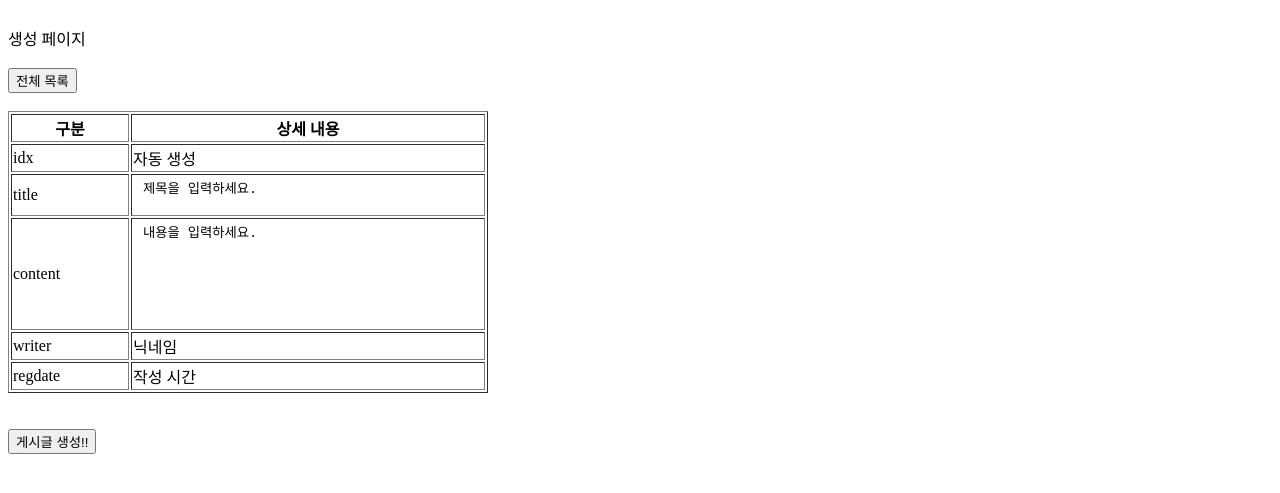
Repository: theptl/so_test
Page: http://localhost/NewTest01/WEB-INF/jsp/createpage.jsp
These files come from the project's save history. The page is drawn as it stood at one moment and after the next save; the edit follows.
The browser window is 1280 px wide. The pictures show the whole page.
The page is served by Tomcat 9. Nobody is signed in. Other server files are loaded and not shown. The template is opened directly, without the code that normally fills it, so the values that code supplies are empty.

Above is the page before, as saved 2022-04-15 07:52:44.

### NewTest01/src/NewTest01/src/main/webapp/WEB-INF/jsp/createpage.jsp
<%@ page language="java" contentType="text/html; charset=UTF-8" pageEncoding="UTF-8"%>
<%@ taglib uri="http://java.sun.com/jsp/jstl/core" prefix="c" %>
<%@ page session="false" %>

<!DOCTYPE html PUBLIC "-//W3C//DTD XHTML 1.0 Strict//EN" "http://www.w3.org/TR/xhtml1/DTD/xhtml1-strict.dtd">

<script src="https://code.jquery.com/jquery-3.6.0.min.js" integrity="sha256-/xUj+3OJU5yExlq6GSYGSHk7tPXikynS7ogEvDej/m4=" crossorigin="anonymous"></script>


<!-- -------------------------------------------------------------------------------------------------------------- -->


<head>
	<meta http-equiv="content-type" content="text/html; charset=UTF-8">
	<meta name="viewport" content="width=device-width, initial-scale=1.0">
	<meta http-equiv="X-UA-Compatible" content="ie=edge">
</head>


<!-- -------------------------------------------------------------------------------------------------------------- -->


<html>

	<body>

		<br/> 생성 페이지 <br/><br/>
		<button> <a onclick="href='/'"> 전체 목록 </a> </button>

		<br/><br/>

		<table id="boardCreateTitle" border="1" width="480">

			<th style="width:25%"> 구분 </th>
			<th style="width:75%"> 상세 내용 </th>

			<tbody id="boardCreate">
				<tr>
					<td> idx </td>
					<td> <text id="input_idx" style="width:99%; border:0; resize:none;"> 자동 생성 </text> </td>
				</tr>
				<tr>
					<td> title </td>
					<td> <textarea id="input_title" style="width:99%; border:0; resize:none;"> 제목을 입력하세요. </textarea> </td>
				</tr>
				<tr>
					<td> content </td>
					<td> <textarea id="input_content" style="width:99%; height:100px; border:0; resize:none;"> 내용을 입력하세요. </textarea> </td>
				</tr>
				<tr>
					<td> writer </td>
					<td> <text id="input_writer" style="width:99%; border:0; resize:none;"> 닉네임 </text> </td>
				</tr>
				<tr>
					<td> regdate </td>
					<td> <text id="input_regdate" style="width:99%; border:0; resize:none;"> 작성 시간 </text> </td>
				</tr>
			</tbody>

		</table>

		<br/><br/>
		<button> <a onclick="inputDataCheck()"> 게시글 생성!! </a> </button>

	</body>


<!-- -------------------------------------------------------------------------------------------------------------- -->


	<script type="text/javascript">


<!-- -------------------------------------------------------------------------------------------------------------- -->


	// 데이터 변경 확인.
	// 변경 데이터 적용.
	function inputDataCheck() {

		if (document.getElementById("input_title").value == detailData.title && document.getElementById("input_content").value == detailData.content){
			alert("변경된 내용이 없습니다.");
			return;

		} else{

			_idx = document.getElementById("input_idx").innerText;
			_title = document.getElementById("input_title").value;
			_content = document.getElementById("input_content").value;
			_regdate = new Date().toISOString().slice(0, 19).replace('T',' ');

			console.log(_regdate);

			$.ajax({
						type: "POST",
						url: "http://localhost:8080/api/modifydetaildata",
						cache: false,
						async: false,
						data: {
							idx : _idx,
							title : _title,
							content : _content,
							regdate : _regdate
						}
			});

			boardModifyRefresh(idx);

			alert("수정한 내용이 적용되었습니다.");

		}



	}


<!-- -------------------------------------------------------------------------------------------------------------- -->


	// 수정 페이지 출력.
	function boardModifyRefresh(_idx) {

		$.ajax({
					type: "GET",
					url: "http://localhost:8080/api/getdetaildata",
					cache: false,
					async: false,
					data: {
						idx : _idx
					},
					success: function (result) {
                        detailData = result;
					}

		});

		document.getElementById("input_idx").innerText = detailData.idx;
		document.getElementById("input_title").value = detailData.title;
		document.getElementById("input_content").value = detailData.content;
		document.getElementById("input_writer").innerText = detailData.writer;
		document.getElementById("input_regdate").innerText = detailData.regdate.replace('T',' ').substring(0, 19);

	}


<!-- -------------------------------------------------------------------------------------------------------------- -->



	</script>

</html>

After the next save:
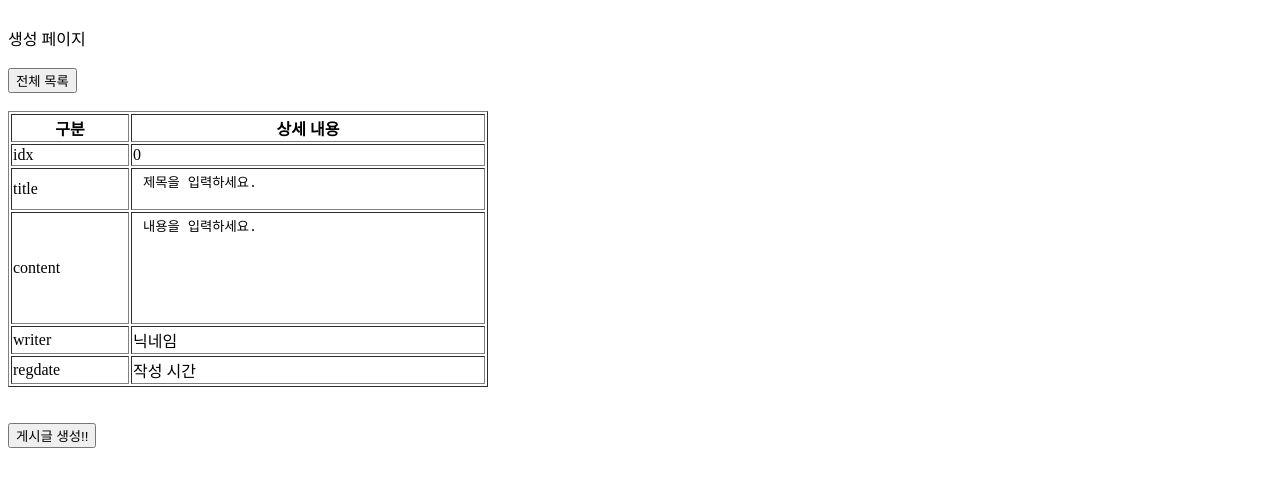
Saved 50 s later.
--- a/NewTest01/src/NewTest01/src/main/webapp/WEB-INF/jsp/createpage.jsp
+++ b/NewTest01/src/NewTest01/src/main/webapp/WEB-INF/jsp/createpage.jsp
@@ -37,7 +37,7 @@
 			<tbody id="boardCreate">
 				<tr>
 					<td> idx </td>
-					<td> <text id="input_idx" style="width:99%; border:0; resize:none;"> 자동 생성 </text> </td>
+					<td> <text id="input_idx" style="width:99%; border:0; resize:none;"> 0 </text> </td>
 				</tr>
 				<tr>
 					<td> title </td>
